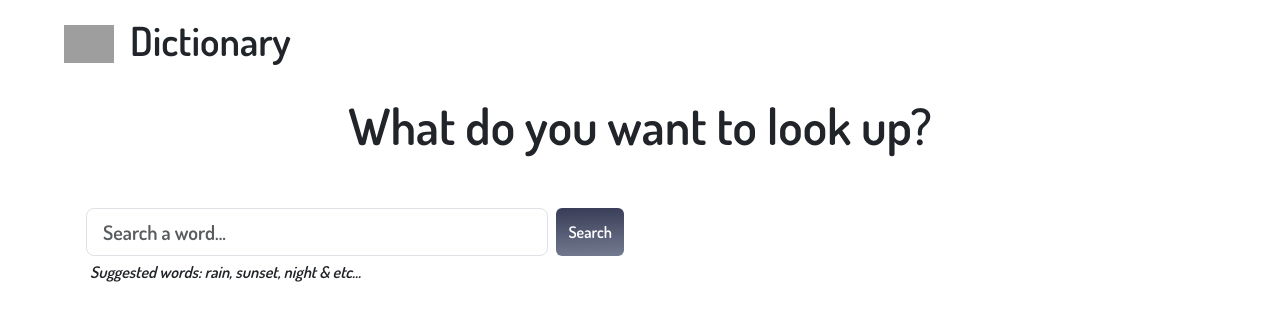
Repository: moehaymanmyint/react-dictionary-app
Page: /
An editor plug-in stored every save of this project. The page is shown before and after the next save, followed by the edit.
The browser window is 1280 px wide. The pictures show the whole page.
Pictures or frames that could not be fetched are drawn as grey boxes. The project was rebuilt for these pictures with package versions that can differ from the ones it lists, and the page was loaded fresh each time. Also part of the build but not shown: src/Synonyms.js, src/Meaning.js, src/Phonetics.js, src/Results.js, src/Photos.js.

Above is the page before, as saved 2024-09-07 12:18:54.

After the next save:
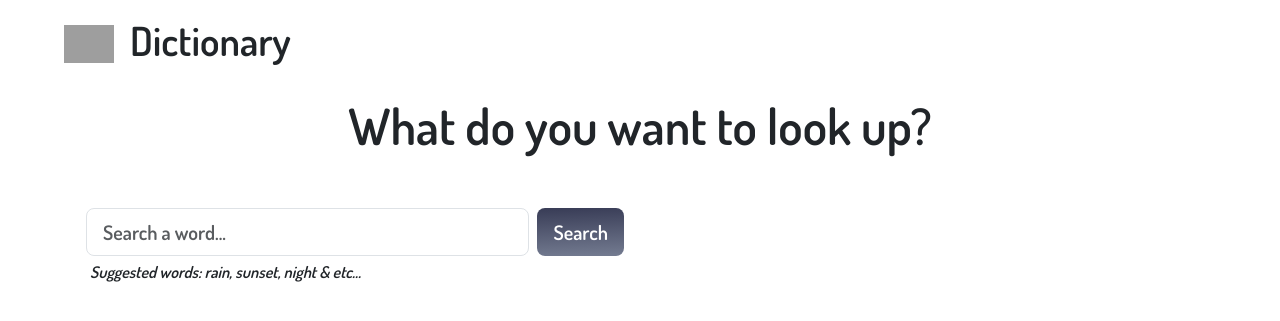
Saved 10 s later.
--- a/src/Search.js
+++ b/src/Search.js
@@ -45,7 +45,7 @@ export default function Search(){
                 <div className="col-6">
                     <form onSubmit={handleSubmit} className="d-flex">
                         <input type="search" className="form-control form-control-lg m-1" value={word} onChange={updateWord} placeholder="Search a word..."/>
-                        <input type="submit" value="Search" className="btn btn m-1"/>
+                        <input type="submit" value="Search" className="btn btn-lg m-1"/>
                     </form>
                     <em className="mx-2">Suggested words: rain, sunset, night & etc...</em>
                     <section className="meaning">
